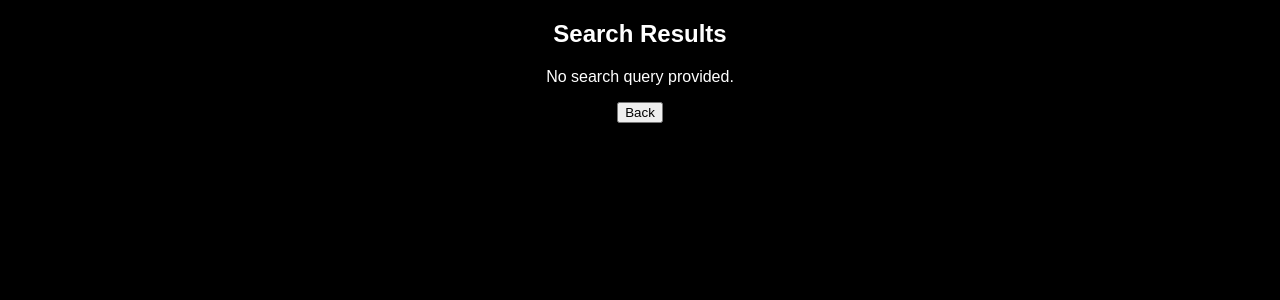
Repository: carson-jenkins-5/tracktv
Page: tracktv/frontend/search.html
An editor plug-in stored every save of this project. The page is shown before and after the next save, followed by the edit.
The browser window is 1280 px wide. The pictures show the whole page.

Above is the page before, as saved 2025-03-02 00:07:16.

After the next save:
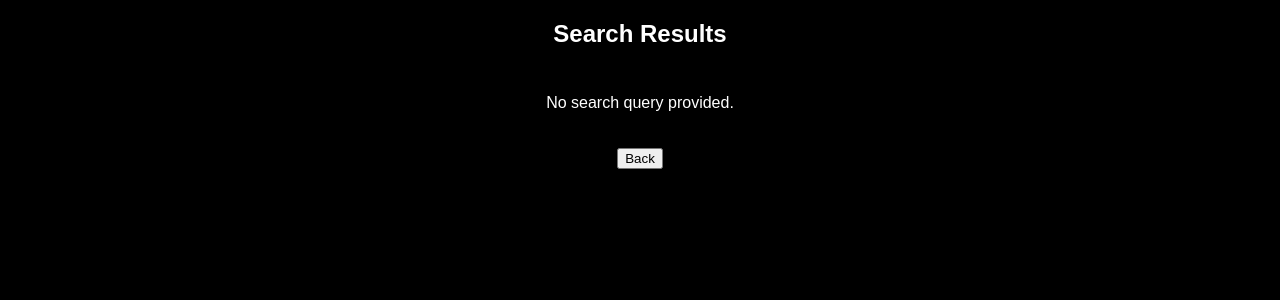
Saved 37 s later.
--- a/tracktv/frontend/styles.css
+++ b/tracktv/frontend/styles.css
@@ -18,6 +18,62 @@ body {
     padding: 10px;
     border: none;
     border-radius: 5px;
+}
+
+/* SEARCH RESULTS PAGE */
+#search-results {
+    width: 90%;
+    background-color: #000;
+    margin: 10px auto;
+    border-radius: 8px;
+    overflow-y: auto;
+    padding: 10px;
+}
+
+.search-item {
+    display: flex;
+    align-items: center;
+    padding: 12px;
+    border-bottom: 1px solid rgba(255, 255, 255, 0.3);
+}
+
+.search-item img {
+    width: 60px;
+    height: 90px;
+    border-radius: 5px;
+    margin-right: 15px;
+}
+
+.search-info {
+    flex-grow: 1;
+}
+
+.search-title {
+    color: white;
+    font-size: 16px;
+    font-weight: bold;
+    margin: 0;
+}
+
+.search-subtitle {
+    color: rgba(255, 255, 255, 0.6);
+    font-size: 14px;
+    margin: 3px 0;
+}
+
+.add-button {
+    background-color: #008CDA;
+    color: white;
+    border: none;
+    font-size: 18px;
+    font-weight: bold;
+    width: 36px;
+    height: 36px;
+    border-radius: 50%;
+    cursor: pointer;
+    display: flex;
+    align-items: center;
+    justify-content: center;
 }
 
 /* Carousels */
